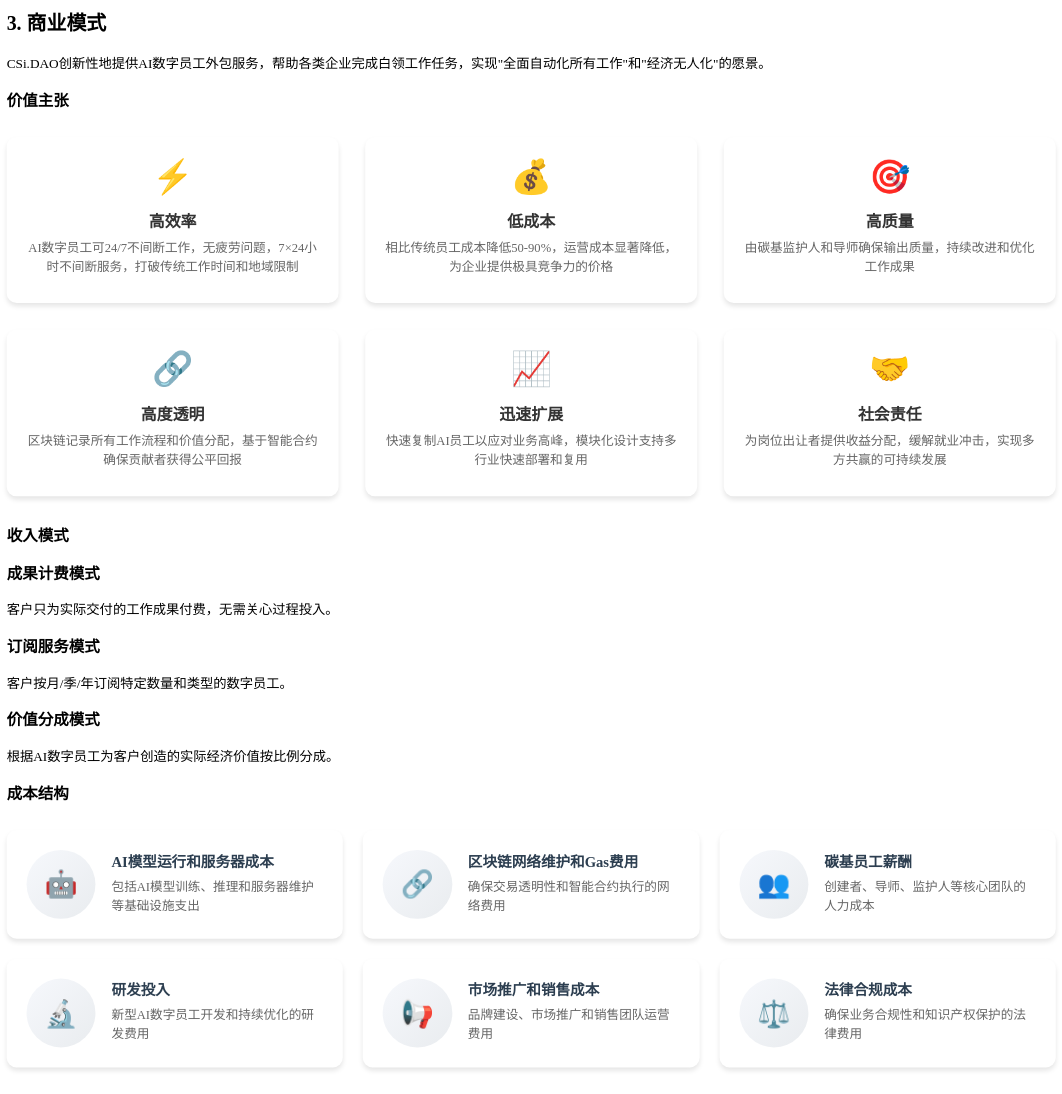
Repository: delez911/ainize
Page: static-site/src/components/business/business.html
These files come from the project's save history. The page is drawn as it stood at one moment and after the next save; the edit follows.
The browser window is 1280 px wide. The pictures show the whole page, at 83% of full size.

Above is the page before, as saved 2025-04-24 06:59:13.

After the next save:
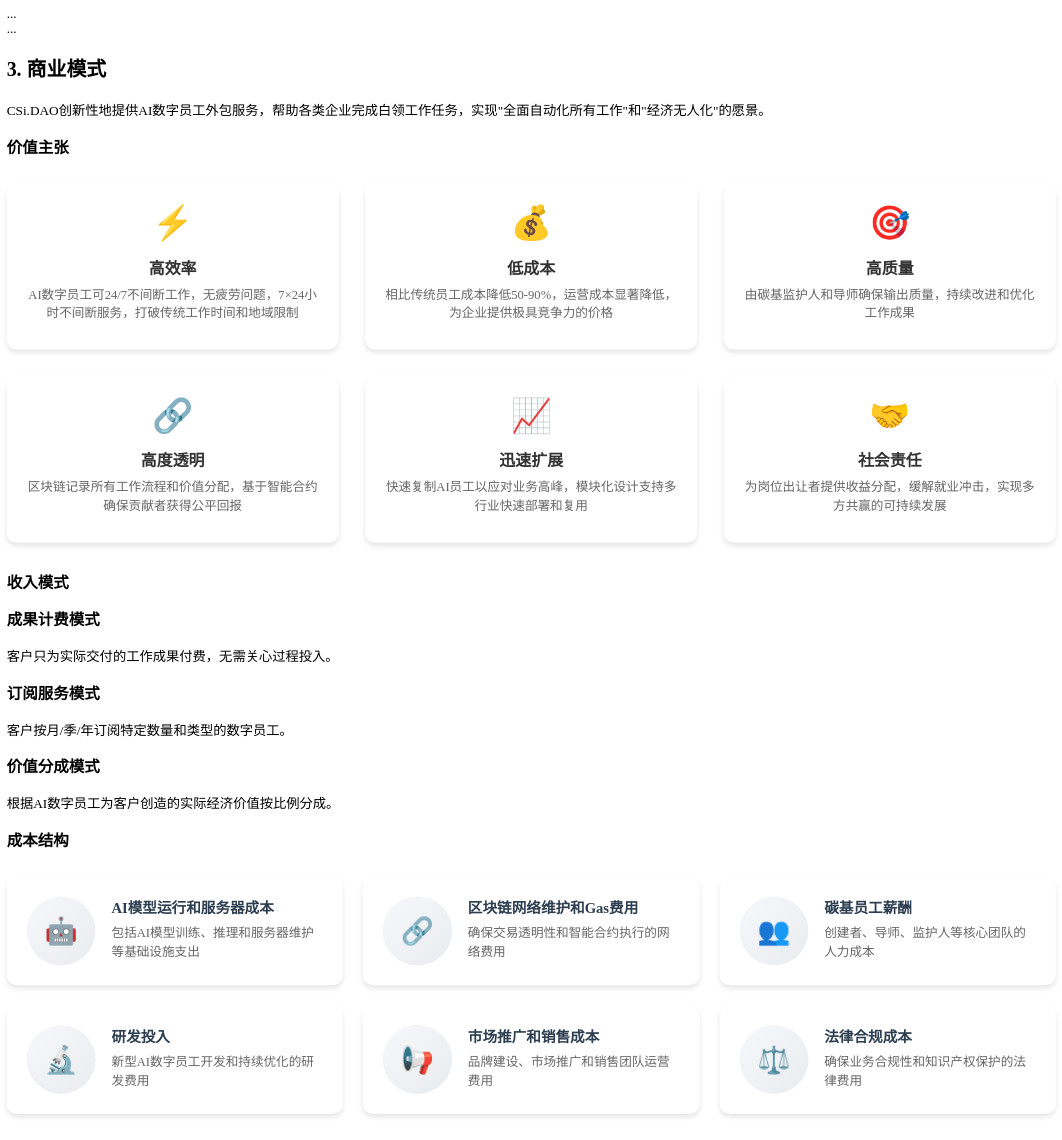
Saved 79 s later.
--- a/static-site/src/components/business/business.html
+++ b/static-site/src/components/business/business.html
@@ -1,3 +1,14 @@
+<div class="container">
+    <div class="section">
+        <!-- 介绍部分 -->
+    </div>
+
+    <!-- 直接循环输出每个章节，每个章节都有自己的 section 容器 -->
+    <div class="section" id="overview">...</div>
+    <div class="section" id="market">...</div>
+    <!-- 等等 -->
+</div>
+
 <section id="business" class="section">
   <div class="section-container">
     <h2 class="section-title">3. 商业模式</h2>

After the save that followed:
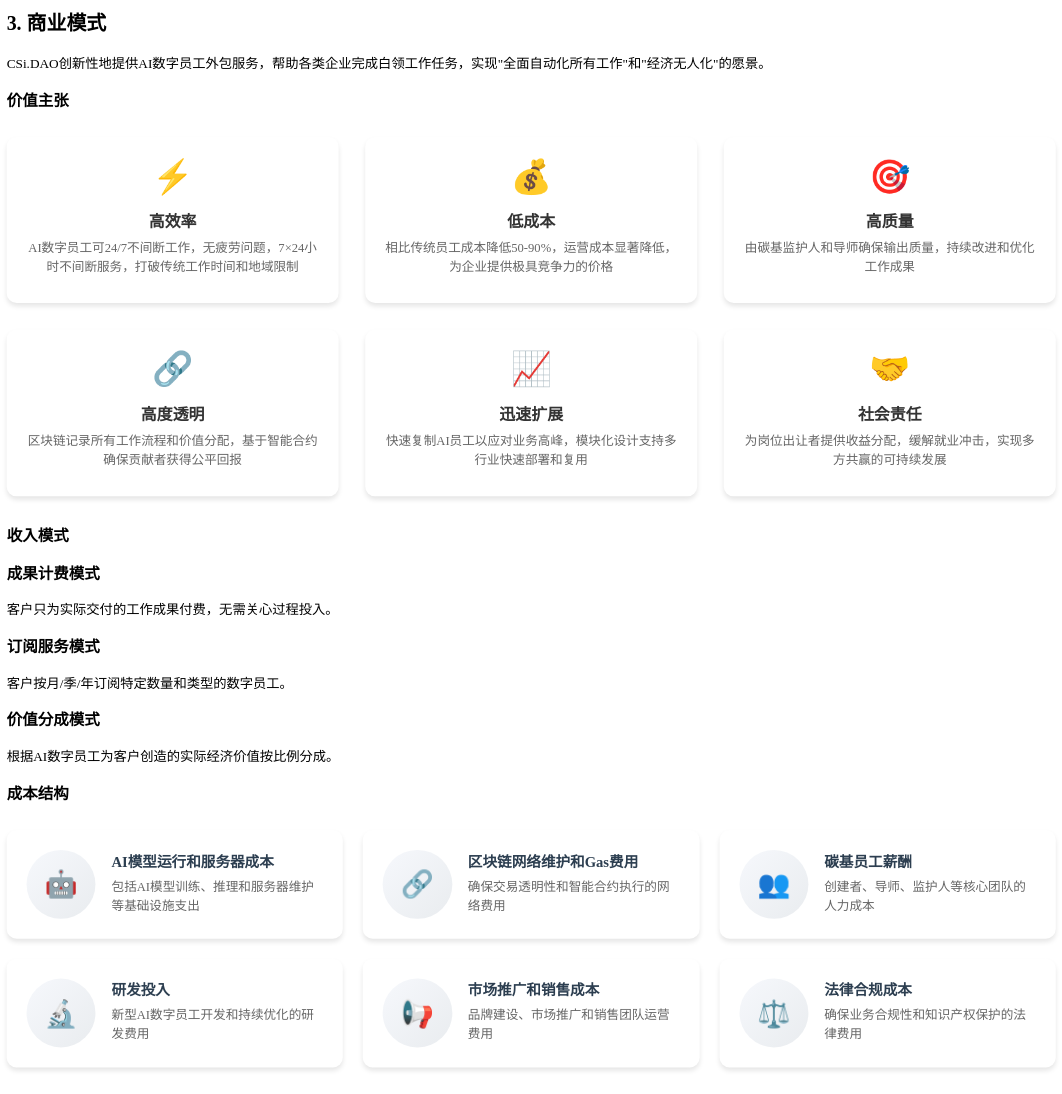
Saved 91 s later.
--- a/static-site/src/components/business/business.html
+++ b/static-site/src/components/business/business.html
@@ -1,14 +1,3 @@
-<div class="container">
-    <div class="section">
-        <!-- 介绍部分 -->
-    </div>
-
-    <!-- 直接循环输出每个章节，每个章节都有自己的 section 容器 -->
-    <div class="section" id="overview">...</div>
-    <div class="section" id="market">...</div>
-    <!-- 等等 -->
-</div>
-
 <section id="business" class="section">
   <div class="section-container">
     <h2 class="section-title">3. 商业模式</h2>
